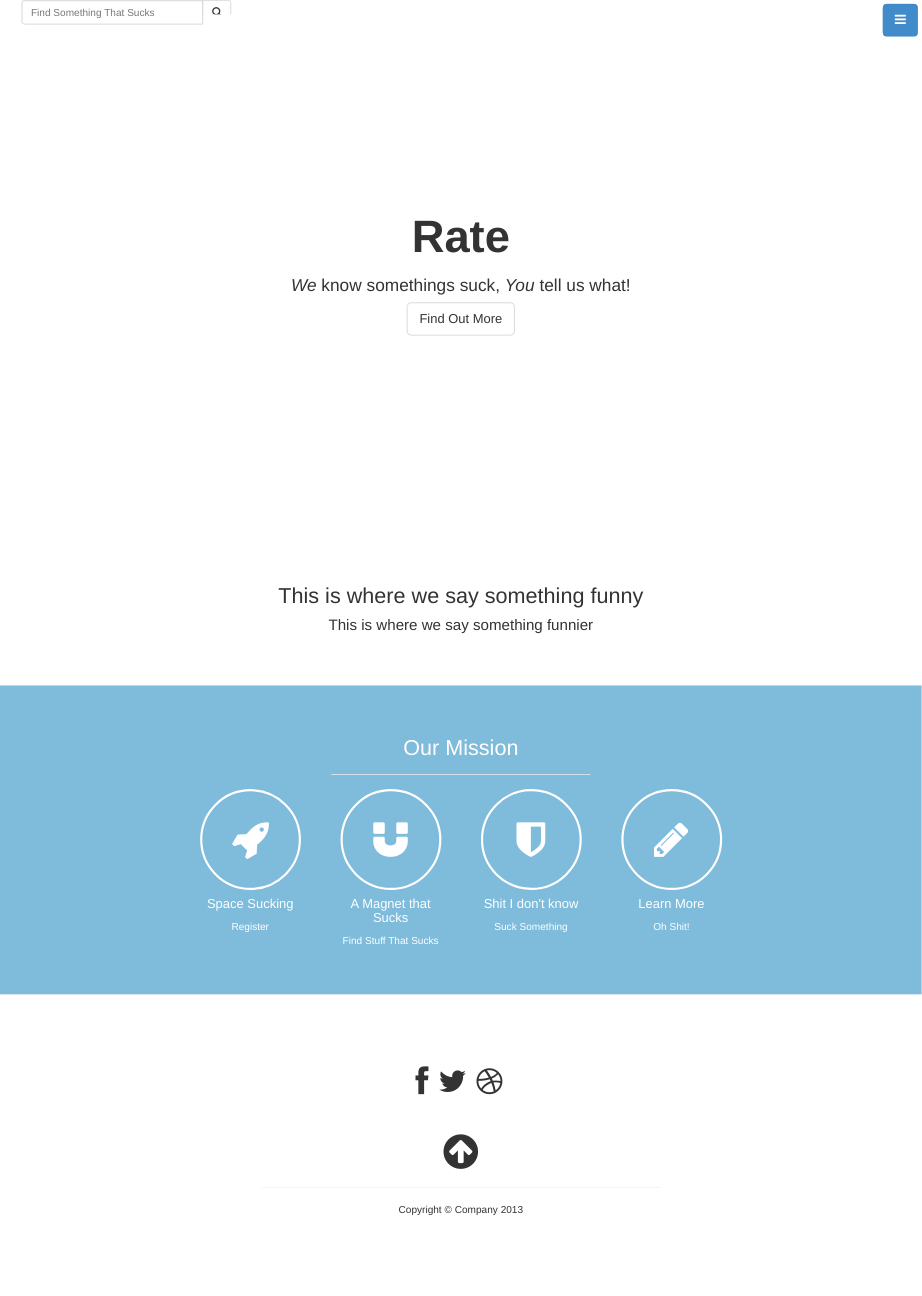
Repository: rajisreehari/sr
Page: http://localhost/SRWeb/WEB-INF/views/sr/home.jsp
These files come from the project's save history. The page is drawn as it stood at one moment and after the next save; the edit follows.
The browser window is 1280 px wide. The pictures show the whole page, at 72% of full size.
Backgrounds fixed to the window are drawn as part of the page. The page is served by Tomcat 9. Nobody is signed in. Other server files are loaded and not shown. The template is opened directly, without the code that normally fills it, so the values that code supplies are empty.

Above is the page before, as saved 2014-07-16 22:12:40.

### SRWeb/WebContent/WEB-INF/views/sr/home.jsp
<jsp:include page="../common/head.jsp" />

    <!-- Full Page Image Header Area -->
    <div id="top" class="header">
        <div class="vert-text">
            <h1>Rate</h1>
            <h3>
                <em>We</em> know somethings suck,
                <em>You</em> tell us what!</h3>
            <a href="#about" class="btn btn-default btn-lg">Find Out More</a>
        </div>
    </div>
    <!-- /Full Page Image Header Area -->

    <!-- Intro -->
    <div id="about" class="intro">
        <div class="container">
            <div class="row">
                <div class="col-md-6 col-md-offset-3 text-center">
                    <h2>This is where we say something funny</h2>
                    <p class="lead">This is where we say something funnier</p>
                </div>
            </div>
        </div>
    </div>
    <!-- /Intro -->

    <!-- Services -->
    <div id="services" class="services">
        <div class="container">
            <div class="row">
                <div class="col-md-4 col-md-offset-4 text-center">
                    <h2>Our Mission</h2>
                    <hr>
                </div>
            </div>
            <div class="row">
                <div class="col-md-2 col-md-offset-2 text-center">
                    <div class="service-item">
                        <i class="service-icon fa fa-rocket"></i>
                        <h4>Space Sucking</h4>
                        <p>Register</p>
                    </div>
                </div>
                <div class="col-md-2 text-center">
                    <div class="service-item">
                        <i class="service-icon fa fa-magnet"></i>
                        <h4>A Magnet that Sucks</h4>
                        <p>Find Stuff That Sucks</p>
                    </div>
                </div>
                <div class="col-md-2 text-center">
                    <div class="service-item">
                        <i class="service-icon fa fa-shield"></i>
                        <h4>Shit I don't know</h4>
                        <p>Suck Something</p>
                    </div>
                </div>
                <div class="col-md-2 text-center">
                    <div class="service-item">
                        <i class="service-icon fa fa-pencil"></i>
                        <h4>Learn More</h4>
                        <p>Oh Shit!</p>
                    </div>
                </div>
            </div>
        </div>
    </div>
    <!-- /Services -->

<jsp:include page="../common/footer.jsp" />

### SRWeb/WebContent/WEB-INF/views/common/head.jsp
<%@ taglib prefix="c" uri="http://java.sun.com/jsp/jstl/core" %>

<!DOCTYPE html>
<html lang="en">

<head>
    <meta charset="utf-8">
    <meta name="viewport" content="width=device-width, initial-scale=1.0">
    <meta name="description" content="">
    <meta name="author" content="">


    <title>Suck Rate</title>

    <!-- Bootstrap core CSS -->
    <link href="<c:url value='/static/css/bootstrap.css'/>" rel="stylesheet">



    <!-- Add custom CSS here -->
    <link href="<c:url value='/static/css/stylish-portfolio.css'/>" rel="stylesheet">
    <link href="<c:url value='/static/font-awesome/css/font-awesome.min.css'/>" rel="stylesheet">
</head>

<body>
<jsp:include page="../common/sidemenu.jsp" />

### SRWeb/WebContent/WEB-INF/views/common/sidemenu.jsp
<%@ taglib prefix="c" uri="http://java.sun.com/jsp/jstl/core" %>

<style>
#myCoolDiv{
   width: 100px;
   min-width: 300px;
   position: absolute;
}

</style>
    <!-- Side Menu -->
    <a id="menu-toggle" href="#" class="btn btn-primary btn-lg toggle"><i class="fa fa-bars"></i></a>
    <div id="sidebar-wrapper">
        <ul class="sidebar-nav">
            <a id="menu-close" href="#" class="btn btn-default btn-lg pull-right toggle"><i class="fa fa-times"></i></a>
            <li class="sidebar-brand"><a href="<c:url value='/home'/>">Suck Rate</a></li>
            <li><a href="#register"><a href="<c:url value='/register'/>">Register To Suck</a></li>
            <li><a href="#portfolio"><a href="<c:url value='/sucksomething'/>">Suck Something</a></li>
            <li><a href="#about"><a href="<c:url value='/about'/>">About</a></li>
            <li><a href="#contact"><a href="<c:url value='/contact'/>">Contact</a></li>
        </ul>
    </div>
    <div class="col-sm-3 col-md-3 pull-left">
            <form:form class="navbar-form" role="search" method="post" modelAttribute="thing">
                <div id="myCoolDiv" class="input-group">
                    <input type="text" class="form-control" placeholder="Find Something That Sucks" name="q">
                    <div class="input-group-btn">
                        <button class="btn btn-default" type="submit"><i class="glyphicon glyphicon-search"></i></button>
                    </div>
                </div>
            </form:form>
        </div>
    <!-- /Side Menu -->

### SRWeb/WebContent/static/css/stylish-portfolio.css
/* Global Styles */

html,
body {
  height: 100%;
  width: 100%;
}

.vert-text {
  display: table-cell;
  vertical-align: middle;
  text-align: center;
}

.vert-text h1 {
  padding: 0;
  margin: 0;
  font-size: 4.5em;
  font-weight: 700;
}

/* Side Menu */

#sidebar-wrapper {
  margin-right: -250px;
  right: 0;
  width: 250px;
  background: #000;
  position: fixed;
  height: 100%;
  overflow-y: auto;
  z-index: 1000;
  -webkit-transition: all 0.4s ease 0s;
  -moz-transition: all 0.4s ease 0s;
  -ms-transition: all 0.4s ease 0s;
  -o-transition: all 0.4s ease 0s;
  transition: all 0.4s ease 0s;
}

.sidebar-nav {
  position: absolute;
  top: 0;
  width: 250px;
  list-style: none;
  margin: 0;
  padding: 0;
}

.sidebar-nav li {
  line-height: 40px;
  text-indent: 20px;
}

.sidebar-nav li a {
  color: #999999;
  display: block;
  text-decoration: none;
}

.sidebar-nav li a:hover {
  color: #fff;
  background: rgba(255,255,255,0.2);
  text-decoration: none;
}

.sidebar-nav li a:active,
.sidebar-nav li a:focus {
  text-decoration: none;
}

.sidebar-nav > .sidebar-brand {
  height: 55px;
  line-height: 55px;
  font-size: 18px;
}

.sidebar-nav > .sidebar-brand a {
  color: #999999;
}

.sidebar-nav > .sidebar-brand a:hover {
  color: #fff;
  background: none;
}

#menu-toggle {
  top: 0;
  right: 0;
  position: fixed;
  z-index: 1;
}

#sidebar-wrapper.active {
  right: 250px;
  width: 250px;
  -webkit-transition: all 0.4s ease 0s;
  -moz-transition: all 0.4s ease 0s;
  -ms-transition: all 0.4s ease 0s;
  -o-transition: all 0.4s ease 0s;
  transition: all 0.4s ease 0s;
}

.toggle {
  margin: 5px 5px 0 0;
}

/* Full Page Image Header Area */

.header {
  display: table;
  height: 100%;
  width: 100%;
  position: relative;
  background: url(../img/bg.jpg) no-repeat center center fixed;
  -webkit-background-size: cover;
  -moz-background-size: cover;
  -o-background-size: cover;
  background-size: cover;
}

/* Intro */

.intro {
  padding: 50px 0;
}

/* Services */

.services {
  background: #7fbbda;
  padding: 50px 0;
  color: #ffffff;
}

.service-item {
  margin-bottom: 15px;
}

i.service-icon {
  border: 3px solid #ffffff;
  border-radius: 50%;
  display: inline-block;
  font-size: 56px;
  width: 140px;
  height: 140px;
  line-height: 136px;
  vertical-align: middle;
  text-align: center;
}

/* Callout */

.callout {
  color: #ffffff;
  display: table;
  height: 400px;
  width: 100%;
  background: url(../img/callout.jpg) no-repeat center center fixed;
  -webkit-background-size: cover;
  -moz-background-size: cover;
  -o-background-size: cover;
  background-size: cover;
}

/* Portfolio */

.portfolio {
  padding: 50px 0;
}

.portfolio-item {
  margin-bottom: 25px;
}

.img-portfolio {
  margin: 0 auto;
}


/* Call to Action */

.call-to-action {
  color: #ffffff;
  background: #0a5175;
  padding: 50px 0;
}

.call-to-action .btn {
  margin: 10px;
}

/* Map */

.map {
  height: 500px;
}

/* Footer */

footer {
  padding: 100px 0;
}

.top-scroll {
  margin-top: 50px;
}

.top-scroll a {
  text-decoration: none;
  color: inherit;
}

i.scroll {
  color: #333333;
}

i.scroll:hover {
  color: #0a5175;
}
/* Responsive */

@media (max-width: 768px) {

  .header {
	background: url(../img/bg.jpg) no-repeat center center scroll;
  }

  .callout {
	background: url(../img/callout.jpg) no-repeat center center scroll;
  }

  .map {
	height: 75%;
  }

}

Loaded but not shown: SRWeb/WebContent/WEB-INF/views/common/footer.jsp (common file); SRWeb/WebContent/static/css/bootstrap.css (library); SRWeb/WebContent/static/font-awesome/css/font-awesome.min.css (library); SRWeb/WebContent/static/js/jquery-1.11.1.min.js (library); SRWeb/WebContent/static/js/bootstrap.min.js (library)

After the next save:
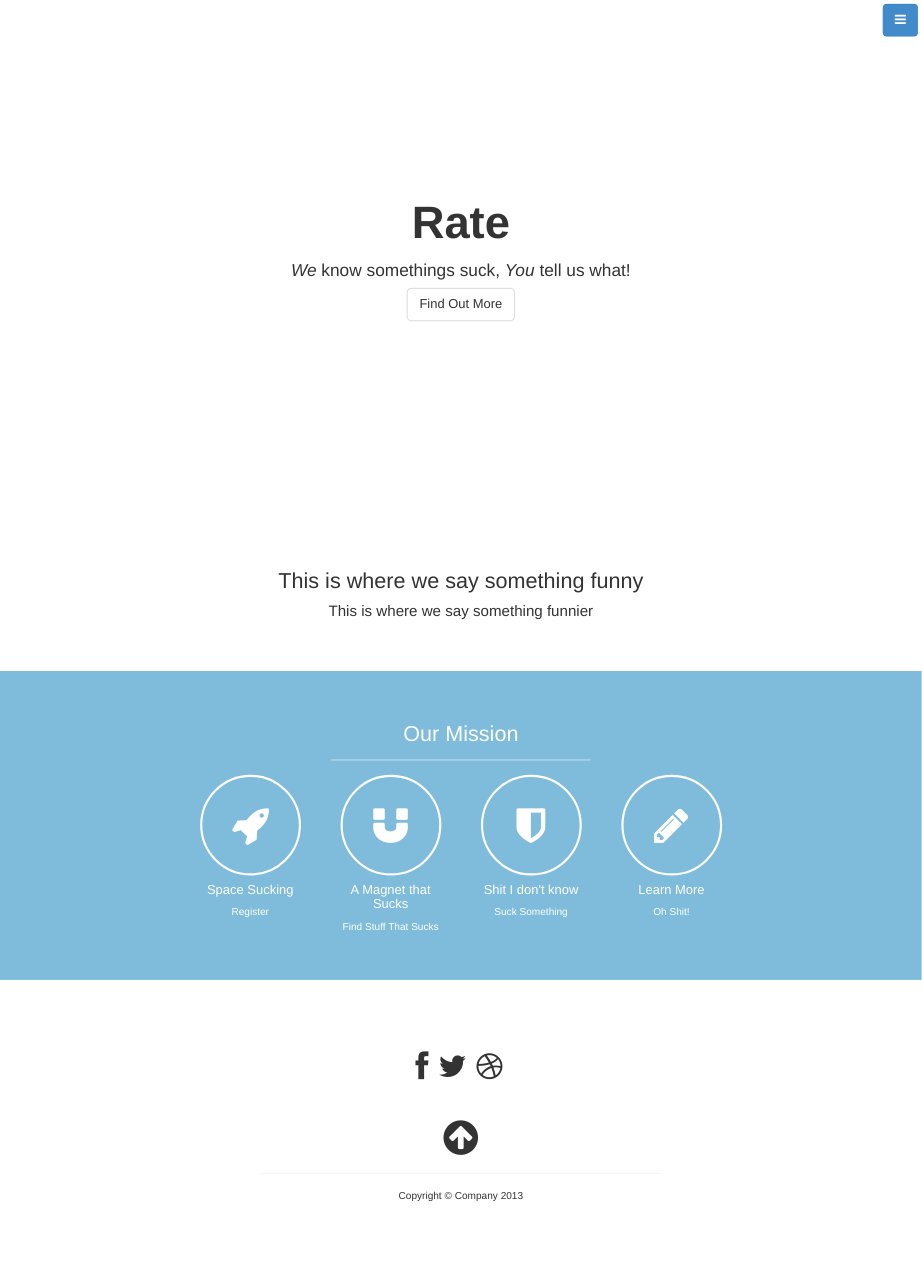
Saved 4 min 50 s later.
--- a/SRWeb/WebContent/WEB-INF/views/common/sidemenu.jsp
+++ b/SRWeb/WebContent/WEB-INF/views/common/sidemenu.jsp
@@ -20,14 +20,5 @@
             <li><a href="#contact"><a href="<c:url value='/contact'/>">Contact</a></li>
         </ul>
     </div>
-    <div class="col-sm-3 col-md-3 pull-left">
-            <form:form class="navbar-form" role="search" method="post" modelAttribute="thing">
-                <div id="myCoolDiv" class="input-group">
-                    <input type="text" class="form-control" placeholder="Find Something That Sucks" name="q">
-                    <div class="input-group-btn">
-                        <button class="btn btn-default" type="submit"><i class="glyphicon glyphicon-search"></i></button>
-                    </div>
-                </div>
-            </form:form>
-        </div>
+
     <!-- /Side Menu -->
